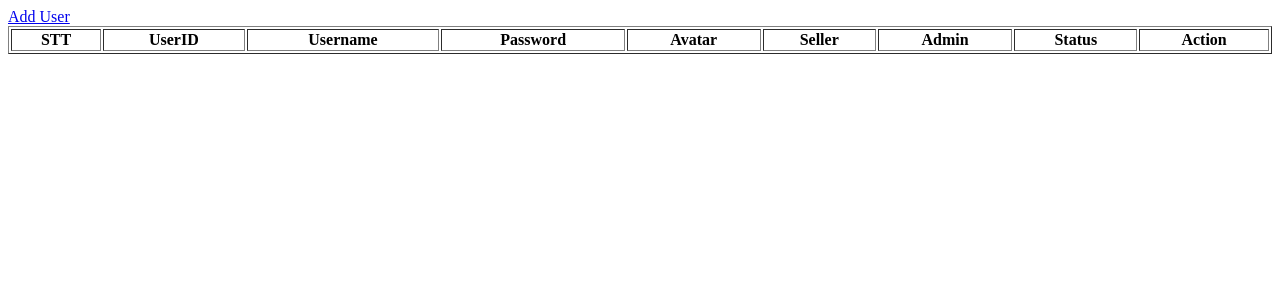
Repository: Tran-Danh-Tan/Ltwebst4W8
Page: http://localhost/JPAST4/views/admin/user-list.jsp
The author's editor kept a copy of each file at every save. The page is drawn from the files as they stood at one save, then again after the next save.
The browser window is 1280 px wide. The pictures show the whole page.
The page is served by Tomcat 10.

Above is the page before, as saved 2024-10-13 02:36:01.

After the next save:
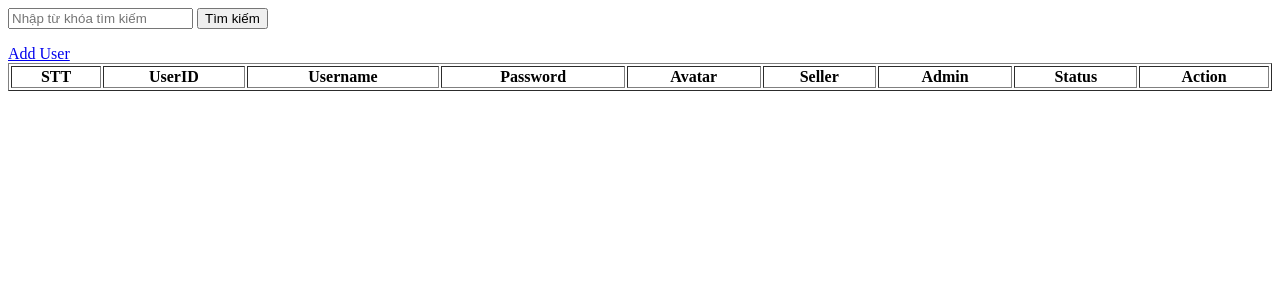
Saved 26 s later.
--- a/JPAST4/src/main/webapp/views/admin/user-list.jsp
+++ b/JPAST4/src/main/webapp/views/admin/user-list.jsp
@@ -1,7 +1,10 @@
 <%@ page language="java" contentType="text/html; charset=UTF-8"
     pageEncoding="UTF-8"%>
 <%@taglib prefix="c" uri="jakarta.tags.core"%>
-
+<form action="${pageContext.request.contextPath}/admin/user/search" method="get">
+    <input type="text" name="keyword" placeholder="Nhập từ khóa tìm kiếm" value="${param.keyword}"/>
+    <button type="submit">Tìm kiếm</button>
+</form>
 <a href="${pageContext.request.contextPath}/admin/user/add">Add User</a>
 <table border = "1" width = "100%">
     <tr>
